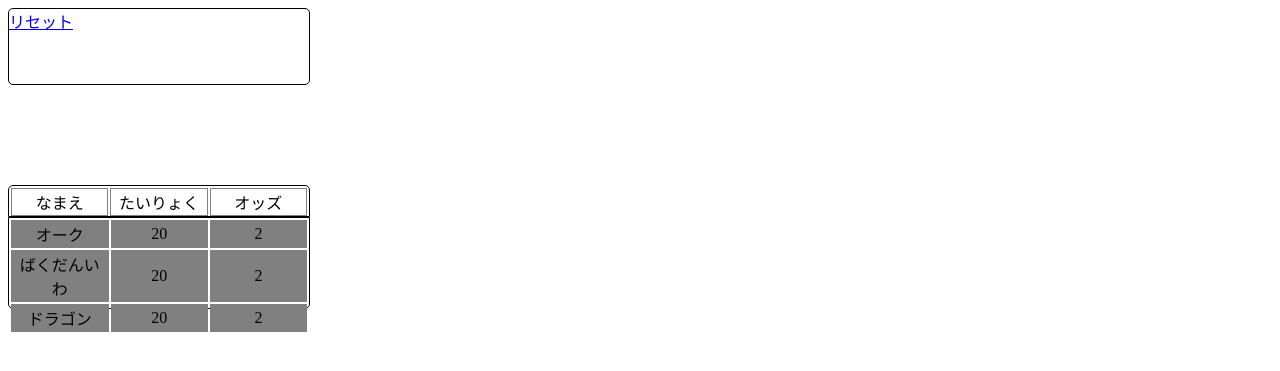
Repository: kousuke-2047/test
Page: http://localhost/Oldmove/SelectmonsterAction.action
These files come from the project's save history. The page is drawn as it stood at one moment and after the next save; the edit follows.
The browser window is 1280 px wide. The pictures show the whole page.
The page is served by Tomcat 9. The database holds what the project's SQL file puts in it.

Above is the page before, as saved 2018-06-25 02:24:51.

After the next save:
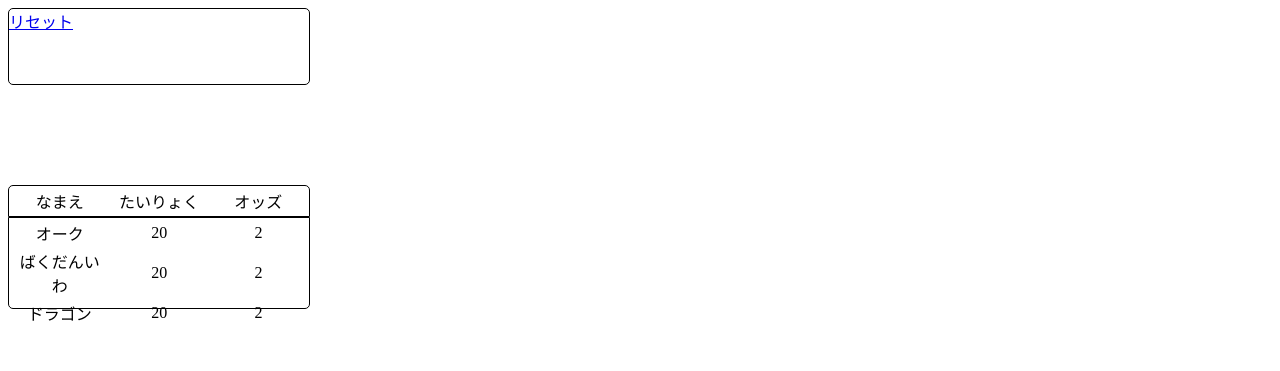
Saved 23 s later.
--- a/Oldmove/WebContent/css/selectstyle.css
+++ b/Oldmove/WebContent/css/selectstyle.css
@@ -49,7 +49,6 @@
 td{
 	width:100px;
 	text-align:center;
-	border:1px solid gray;
 
 
 }
@@ -58,7 +57,6 @@ tr.selectbox{
 	color:black;
 	width:100%;
 	height:100%;
-	background-color:gray;
 	width:100px;
 	text-align:center;
 
